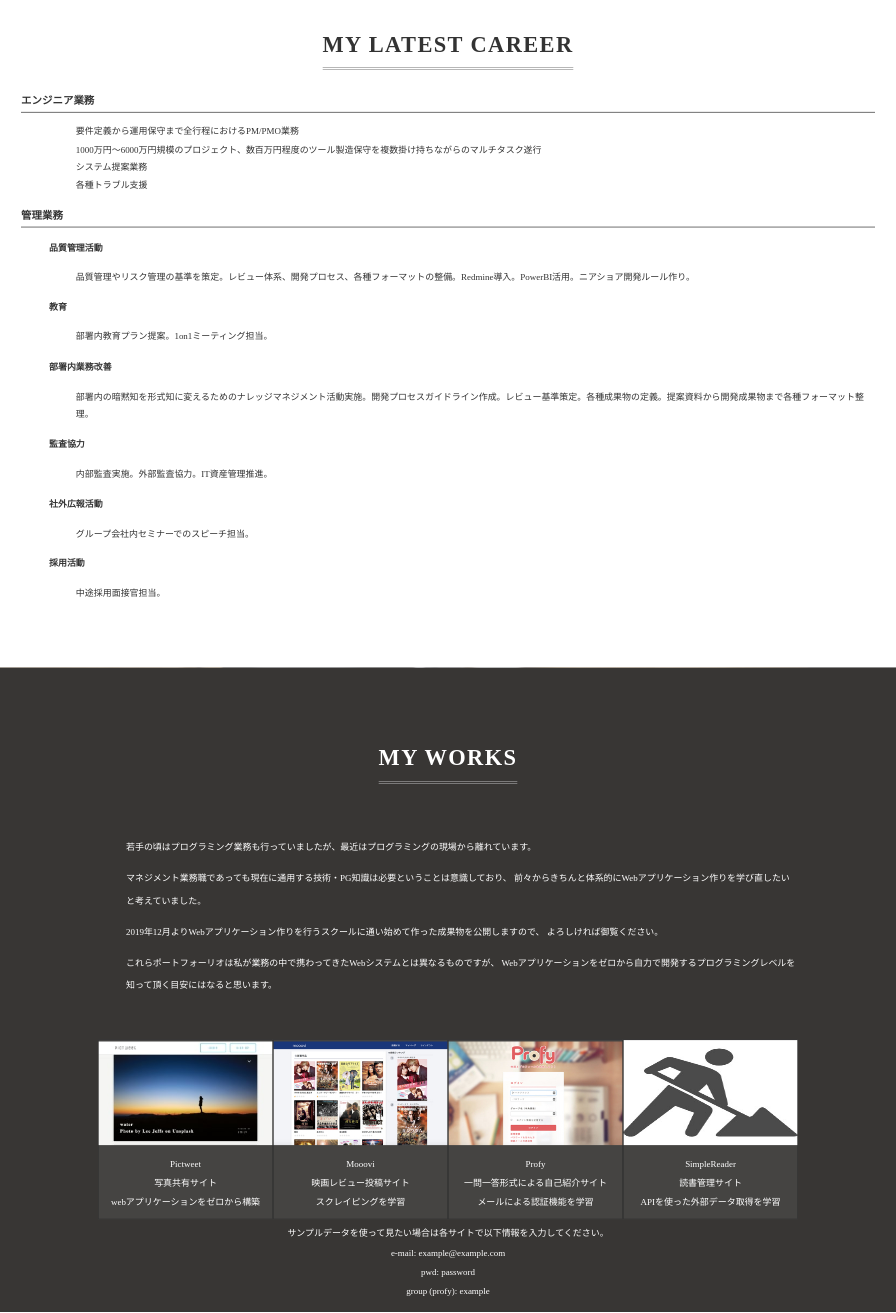
Repository: dackelteckel/myworks
Page: index.html
The author's editor kept a record of every edit. The page is drawn from the files as they stood at one moment, then again after the next edit.
The browser window is 1280 px wide. The pictures show the part of the page from y = 1447 to 3367 px (the page is 3322 px tall before and 3367 px after), at 70% of full size.
Backgrounds fixed to the window are drawn as part of the page.

Above is the page before.

### index.html
<!DOCTYPE html>
<html>

<head>
  <meta charset="UTF-8">
  <title>Who I am...</title>
  <link rel="stylesheet" href="normalize.css">
  <link rel="stylesheet" href="style.css">
  <link rel="stylesheet" href="responsive.css">

  <!--<script type="text/javascript" charset="UTF-8">-->
  <!--  $('#contact-form').submit(function(event){-->
      <!--//submit実行を止める-->
  <!--    event.preventDefault();-->
  <!--    var $form = $(this);-->
  <!--    var $button = $form.find('.send-btn');-->
  <!--    $.ajax({-->
  <!--      url:$form.attr('action'),-->
  <!--      type:$form.attr('method'),-->
  <!--      data: $form.serialize(),-->
        <!--//10秒でタイムアウト-->
  <!--      timeout:10000,-->
        <!--//重複送信を避けるためにボタンを無効化-->
  <!--      beforeSend: function(xhr, settings) {-->
  <!--          $button.attr('disabled', true);-->
  <!--      },-->
        <!--//完了後ボタンを押せるように-->
  <!--      complete: function(xhr, textStatus) {-->
  <!--          $button.attr('disabled', false);-->
  <!--      }-->
  <!--    }).done(function(data, textStatus, jqXHR){-->
        <!--// 成功時の処理-->
        <!--//フォームを初期化-->
  <!--      $form[0].reset();-->
  <!--      $(".contact-result").text(data);-->
  <!--      $(".contact-result").slideToggle(200);-->
  <!--      $(".contact-result").delay(3000).slideToggle(200);-->
  <!--    }).fail(function(jqXHR, textStatus, errorThrown){-->
        <!--失敗時の処理-->
  <!--      $(".contact-result").text("エラーが発生しました。ステータス：" + jqXHR.status);-->
  <!--      $(".contact-result").slideToggle(200);-->
  <!--      $(".contact-result").delay(3000).slideToggle(200);-->
  <!--    });-->
  <!--  });-->
  <!--</script>-->
</head>

<body>
  <header class="header">
    <p class="site-title-sub">----- my portfolio -----</p>
    <h1 class="site-title">Who I am...</h1>
    <p class="site-description">check out my career and some of my works.</p>
    <div class="buttons">
      <a class="button" href="#reasons">WHAT I'M LOOKING FOR</a>
      <a class="button" href="#career">LATEST CAREER</a>
      <a class="button" href="#works">MY WORKS</a>
      <!--<a class="button button-orange" href="#contact">SEND MESSAGE</a>-->
      <a class="button button-orange" href="mailto:nrkktok@gmail.com">Drop Me a LINE</a>
    </div>
  </header>

  <section class="reasons" id="reasons">
    <h2 class="heading">3 REASONS WHAT I'M LOOKING FOR IN A NEW JOB</h2>
    <dev class="reasons-text">
<!--第一の基準は、学べることが多い仕事をすることでした。-->
<!--その仕事をすることで、長期的に自分を成長させることができるのか、ということです。-->
<!--第二の基準は、仕事以外の優先事項にも取り組めることでした。-->
<!--知的な活動や充実したプライベート、自由な暮らしを続けられるのか、ということです。-->
<!--そして第三の基準は、自分が幸福になれる仕事をすることでした。-->
<!--不満を抱えながら、いい仕事をすることはできないと考えています-->
      <h3>職場環境</h3>
      <ul>
        <li>
          同僚同士お互いを尊重し、協力しあうことができる健やかな組織で働きたいと考えています。
        </li>
      </ul>
      <h3>チーム・組織づくり</h3>
      <ul>
        <li>
          <p>
            新卒時代のプログラミング経験から徐々に上流工程への経験を積んで、ここ10年程PM業務に携わっています。<br>
            チームメンバーが成果を出すためのサポートをするマネジメント業務には大変やりがいを感じています。
          </p>
          <p>
            更に現職では部署改善活動にも取り組む機会が多く、組織を作り上げていくことの面白さを感じています。
          </p>
          <p>
            今後もプロジェクトや組織を活性化する仕事に携わって行きたいと思っています。
          </p>
        </li>
      </ul>
      <h3>ライフワークバランス</h3>
      <ul>
        <li>
          <p>
            知的な活動や充実したプライベートを送ることで、良い仕事、社会貢献をすることができると考えています。<br>
          「勉強する時間」「運動する体力」「健康的な食事」を大事にすることができる環境に身を置きたいと考えています。
          </p>
        </li>
      </ul>
    </dev>
  </section>

  <section class="career" id="career">
    <h2 class="heading">MY LATEST CAREER</h2>
    <dev class="career-text">
      <h3>エンジニア業務</h3>
      <ul>
        <li>要件定義から運用保守まで全行程におけるPM/PMO業務</li>
        <li>1000万円〜6000万円規模のプロジェクト、数百万円程度のツール製造保守を複数掛け持ちながらのマルチタスク遂行</li>
        <Li>システム提案業務</Li>
        <Li>各種トラブル支援</Li>
      </ul>
      <h3>管理業務</h3>
      <ul>
        <h4>品質管理活動</h4>
        <li>品質管理やリスク管理の基準を策定。レビュー体系、開発プロセス、各種フォーマットの整備。Redmine導入。PowerBI活用。ニアショア開発ルール作り。</li>
        <h4>教育</h4>
        <li>部署内教育プラン提案。1on1ミーティング担当。</li>
        <h4>部署内業務改善</h4>
        <li>部署内の暗黙知を形式知に変えるためのナレッジマネジメント活動実施。開発プロセスガイドライン作成。レビュー基準策定。各種成果物の定義。提案資料から開発成果物まで各種フォーマット整理。</li>
        <h4>監査協力</h4>
        <li>内部監査実施。外部監査協力。IT資産管理推進。</li>
        <h4>社外広報活動</h4>
        <li>グループ会社内セミナーでのスピーチ担当。</li>
        <h4>採用活動</h4>
        <li>中途採用面接官担当。</li>
      </ul>
    </dev>
  </section>

  <section class="works" id="works">
    <h2 class="heading">MY WORKS</h2>
    <div class="works-text">
    <ul>
      <li>
        若手の頃はプログラミング業務も行っていましたが、最近はプログラミングの現場から離れています。
      </li>
    </ul>
    <ul>
      <li>
        マネジメント業務職であっても現在に通用する技術・PG知識は必要ということは意識しており、
        前々からきちんと体系的にWebアプリケーション作りを学び直したいと考えていました。
      </li>
    </ul>
    <ul>
      <li>
        2019年12月よりWebアプリケーション作りを行うスクールに通い始めて作った成果物を公開しますので、
        よろしければ御覧ください。
      </li>
    </ul>
    <ul>
      <li>
        これらポートフォーリオは私が業務の中で携わってきたWebシステムとは異なるものですが、
        Webアプリケーションをゼロから自力で開発するプログラミングレベルを知って頂く目安にはなると思います。
      </li>
    </ul>
    </div>
    <div class="works-wrapper">
      <div class="work-box">
        <a href="https://dackelteckelpictweet.herokuapp.com/" target="_blank" rel="noopener noreferrer"><img class="work-image" src="images/pictweet.jpg"></a>
        <div class="work-description">
          <p>Pictweet<p>
          <p>写真共有サイト</p>
          <p>webアプリケーションをゼロから構築</p>
        </div>
      </div>
      <div class="work-box">
        <a href="https://dackelteckelmooovi.herokuapp.com/" target="_blank" rel="noopener noreferrer"><img class="work-image" src="images/mooovi.jpg"></a>
        <div class="work-description">
          <p>Mooovi<p>
          <p>映画レビュー投稿サイト</p>
          <p>スクレイピングを学習</p>
        </div>
      </div>

      <div class="work-box">
        <a href="https://dackelteckelprofy.herokuapp.com/" target="_blank" rel="noopener noreferrer"><img class="work-image" src="images/profy.jpg"></a>
        <div class="work-description">
          <p>Profy<p>
          <p>一問一答形式による自己紹介サイト</p>
          <p>メールによる認証機能を学習</p>
        </div>
      </div>
      <div class="work-box">
        <!--<img class="work-image" src="images/wip.jpeg" height="50" width="50">-->
        <img class="work-image" src="images/wip.jpeg" width="10" height="150">
        <div class="work-description">
          <p>SimpleReader<p>
          <p>読書管理サイト</p>
          <p>APIを使った外部データ取得を学習</p>
        </div>
      </div>
    </div>
    <div>
      <p>サンプルデータを使って見たい場合は各サイトで以下情報を入力してください。</p>
      <o>e-mail: example@example.com</o>
      <p>pwd: password</p>
      <p>group (profy): example</p>
    </div>
  </section>

  <!--<section class="contact" id="contact">-->
    <!--<h2 class="heading">DROP ME A LINE</h2>-->
    <!--<form class="contact-form" id="contact-form" action="contact.php" method="post">-->
    <!--  <input type="text" name="name" placeholder="NAME" required>-->
    <!--  <input type="email" name="email" placeholder="E-MAIL ADDRESS" required>-->
    <!--  <textarea name="message" placeholder="MESSAGE"></textarea>-->
    <!--  <textarea type="text" name="message" placeholder="MESSAGE" required></textarea>-->
    <!--  <input type="submit" value="SEND" class="send-btn" id="submit">-->
    <!--  <input type="submit" value="SEND" class="send-btn" id="submit">-->
    <!--</form>-->
  <!--</section>-->
</body>
</html>

### style.css
* {
  box-sizing: border-box;
  list-style: none;
}

body {
  color: #fff;
  text-align: center;
  font-size: 0.8rem;
  background: url('images/bg.jpg') fixed;
  background-size: cover;
}

.header {
  padding: 170px 30px 80px;
  /*height: 100vh;*/
  background-color: rgba(0, 0, 128, 0.8);
}

.site-title-sub {
  margin: 0 0 30px;
  color: #888;
  letter-spacing: 1px;
  font-size: 1.2rem;
}

.site-title {
  margin: 50px;
  font-size: 3.5rem;
}

.site-description {
  margin-bottom: 75px;
  color: #888;
  font-size: 1.2rem;
}

.buttons {
  display: flex;
  justify-content: center;
  padding-bottom: 50px
}

.button {
  width: 200px;
  padding: 20px;
  margin: 10px;
  border-radius: 4px;
  background-color: #afa58d;
  color: #fff;
  text-decoration: none;
  letter-spacing: 1px;
  font-size: 0.7rem;
}

.button:hover {
  opacity: 0.9;
}

.button-orange {
  background-color: #f1b400;
}

.heading {
  display: inline-block;
  margin: 30px 0 15px;
  padding-bottom: 15px;
  letter-spacing: 2px;
  font-size: 2rem;
  border-bottom: double 4px #999;
}

.reasons {
  /*height: 100vh;*/
  /*background-color: #383634;*/
  background-color: rgb(137, 158, 142);
  padding: 80px 30px;
  /*color: #333;  */
}

.reasons-text {
  text-align: left;
  width: 600px;
  margin: 30px auto;
  line-height: 2.5;
}

.reason-text h3 {
  padding-top: 20px;
}

/*.note:before {*/
/*  content: "*";*/
/*}*/

.career {
  /*height: 100vh;*/
  background-color: #ffffff;
  padding: 80px 30px;
  color: #333;
}

.career-text {
  text-align: left;
  width: 600px;
  margin: 30px auto;
  line-height: 2;
}

.career-text h3 {
  border-bottom: 1px solid #333;
}

.career-text li {
  padding-left: 3em;
}

.works {
  /*height: 100vh;*/
  background-color: #383634;
  padding: 80px 0 10px;
}

.works-text {
  text-align: left;
  width: 1000px;
  margin: 60px auto 0;
  line-height: 2.5;
}

.works-wrapper {
  display: table;
  /*width: 860px;*/
  width: 1000px;
  margin: 60px auto 0;
  table-layout: fixed;
}

.work-box {
  display: table-cell;
  background-color: rgba(100, 100, 100, 0.3);
  border: 1px solid #333;
}

.work-image {
  display: block;
  width: 100%;
}

.work-description {
  margin: 20px 0;
  height: 65px;
}

/*.work-description .button {*/
/*  width: 60%;*/
/*  margin-top: 20px;*/
/*  padding: 3px;*/
/*  display: inline-block;*/
/*}*/

.sample-data-info {
  text-align: left;
}

.button-ghost {
  border: 2px solid #fff;
  background-color: rgba(255, 255, 255, 0.15);
}

.contact {
  height: 100vh;
  background-color: rgba(0, 0, 128, 0.8);
  padding: 80px 0 150px;
}


.contact-form {
  width: 50%;
  margin: 50px auto 0;
}

.contact-form input[type=text], .contact-form input[type=email], .contact-form textarea {
  display: block;
  width: 100%;
  margin-bottom: 10px;
  padding: 15px;
  outline: none;
  border: 1px solid rgba(255, 255, 255, 0.8);
  border-radius: 0;
  color: #333;
}

.contact-form textarea {
  height: 150px;
}

.contact-form input[type=submit] {
  display: block;
  width: 200px;
  margin: 40px auto 0;
  padding: 15px;
  border: 1px solid rgba(255, 255, 255, 0.8);
  border-radius: 5px;
  background-color: transparent;
  color: #fff;
  cursor: pointer;
}

.contact-form input[type=submit]:hover {
  background-color: rgba(255, 255, 255, 0.05);
}

Loaded but not shown: normalize.css (library); responsive.css (no copy from this time; the picture is the same without it)

After the next edit:
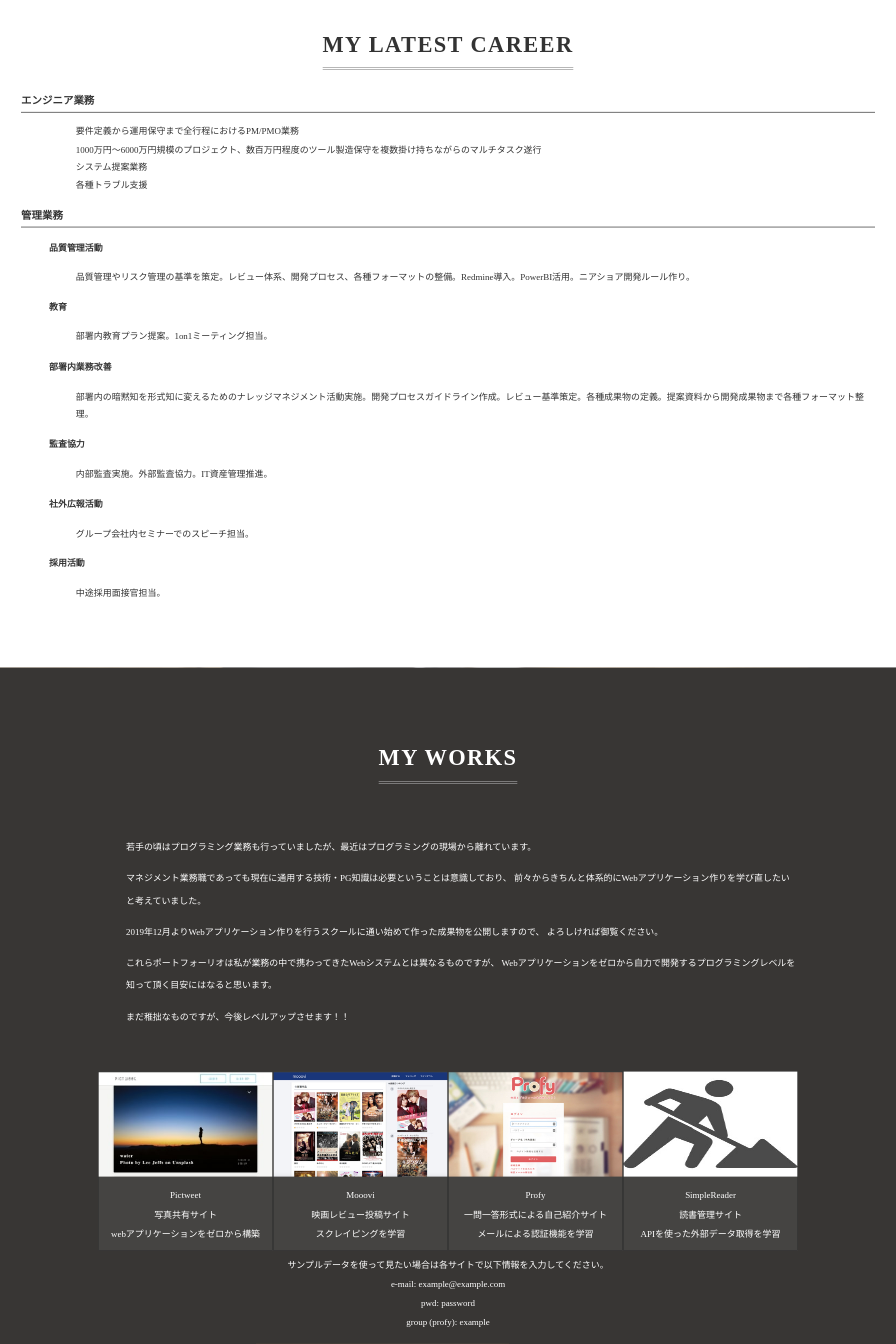
The edit:
--- a/index.html
+++ b/index.html
@@ -155,6 +155,11 @@
         Webアプリケーションをゼロから自力で開発するプログラミングレベルを知って頂く目安にはなると思います。
       </li>
     </ul>
+    <ul>
+      <li>
+        まだ稚拙なものですが、今後レベルアップさせます！！
+      </li>
+    </ul>
     </div>
     <div class="works-wrapper">
       <div class="work-box">
